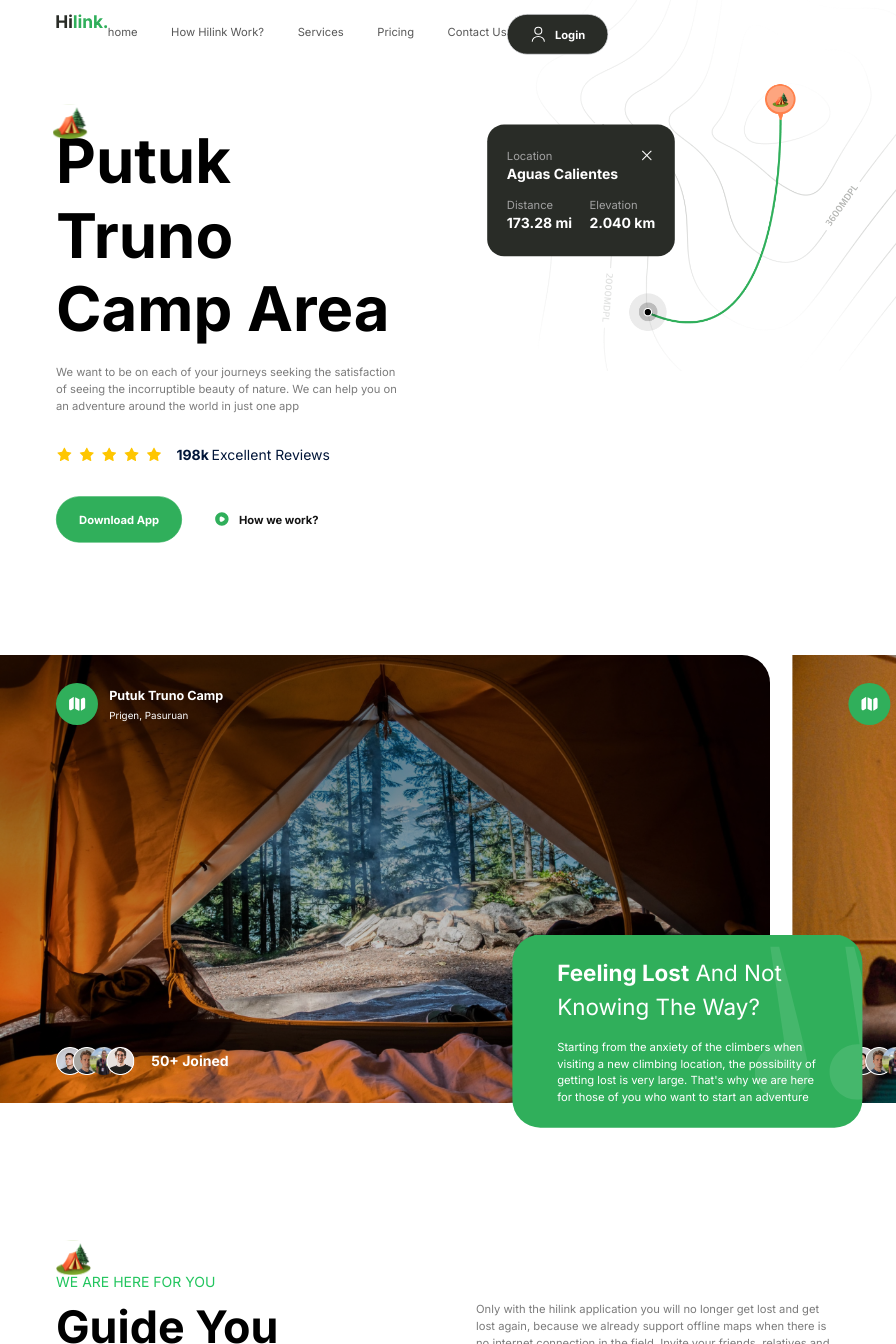
Repository: abdulrahmanmahmood/Travel-App
Page: /
The author's editor kept a copy of each file at every save. The page is drawn from the files as they stood at one save, then again after a run of saves.
The browser window is 1280 px wide. The pictures show the part of the page from y = 0 to 1920 px (the page is 4955 px tall before and 5005 px after), at 70% of full size.
The project was rebuilt for these pictures with package versions that can differ from the ones it lists, and the page was loaded fresh each time. The framework's server and built-in components were replaced by stand-ins that run in the browser. Also part of the build but not shown: next.config.js.

Above is the page before, as saved 2023-11-10 11:27:04.

After the next 2 saves:
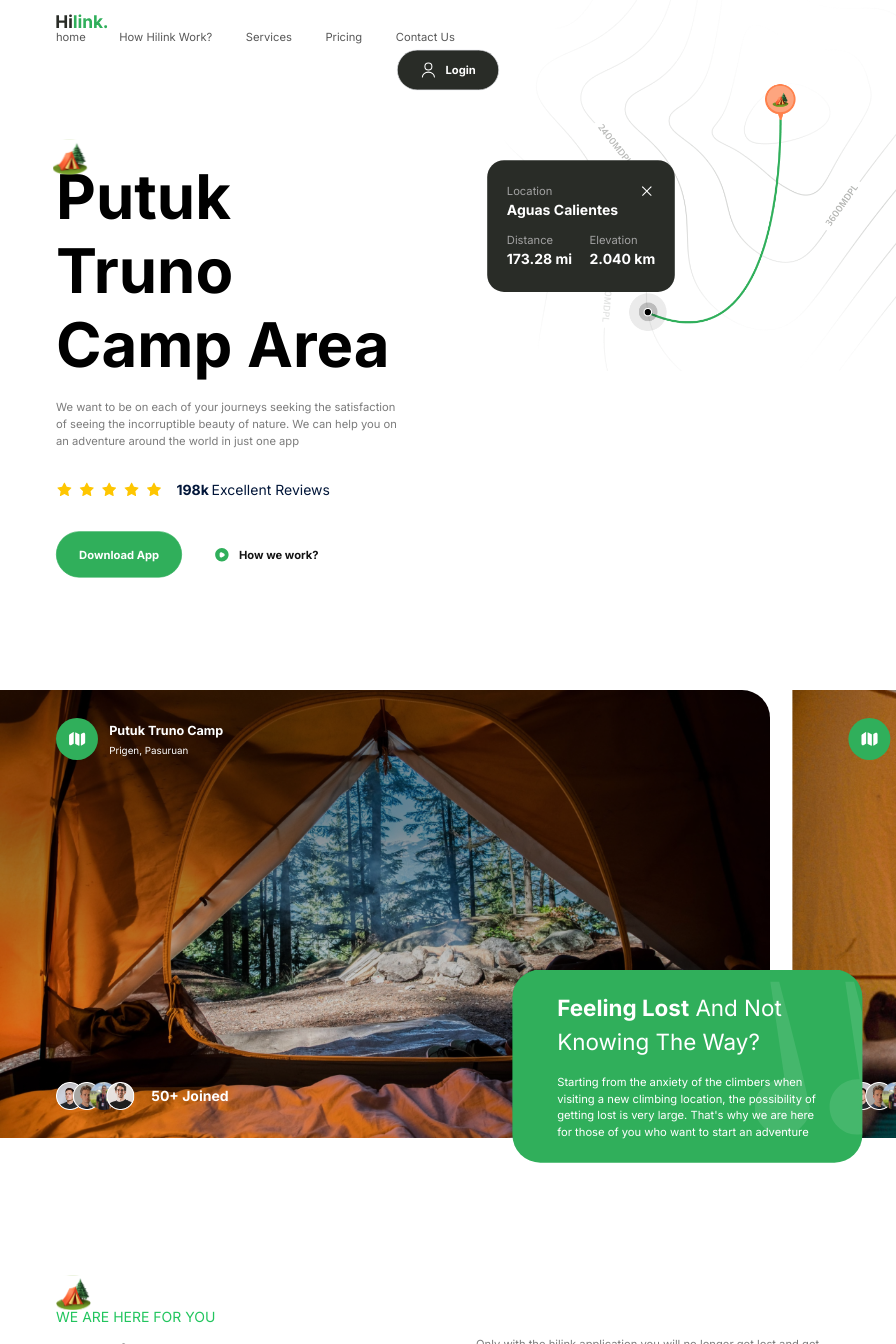
The 2 saves are shown as one change because they came seconds apart.
The last was saved 6 s later.
--- a/components/Navbar.tsx
+++ b/components/Navbar.tsx
@@ -6,7 +6,7 @@
 const Navbar = () => {
   return (
     <nav
-      className=" flex flex-row flex-wrap  max-container padding-container relative z-30
+      className="  flex-wrap  max-container padding-container relative z-30
     py-5"
     >
       <Link href="/">

After the 2 saves that followed:
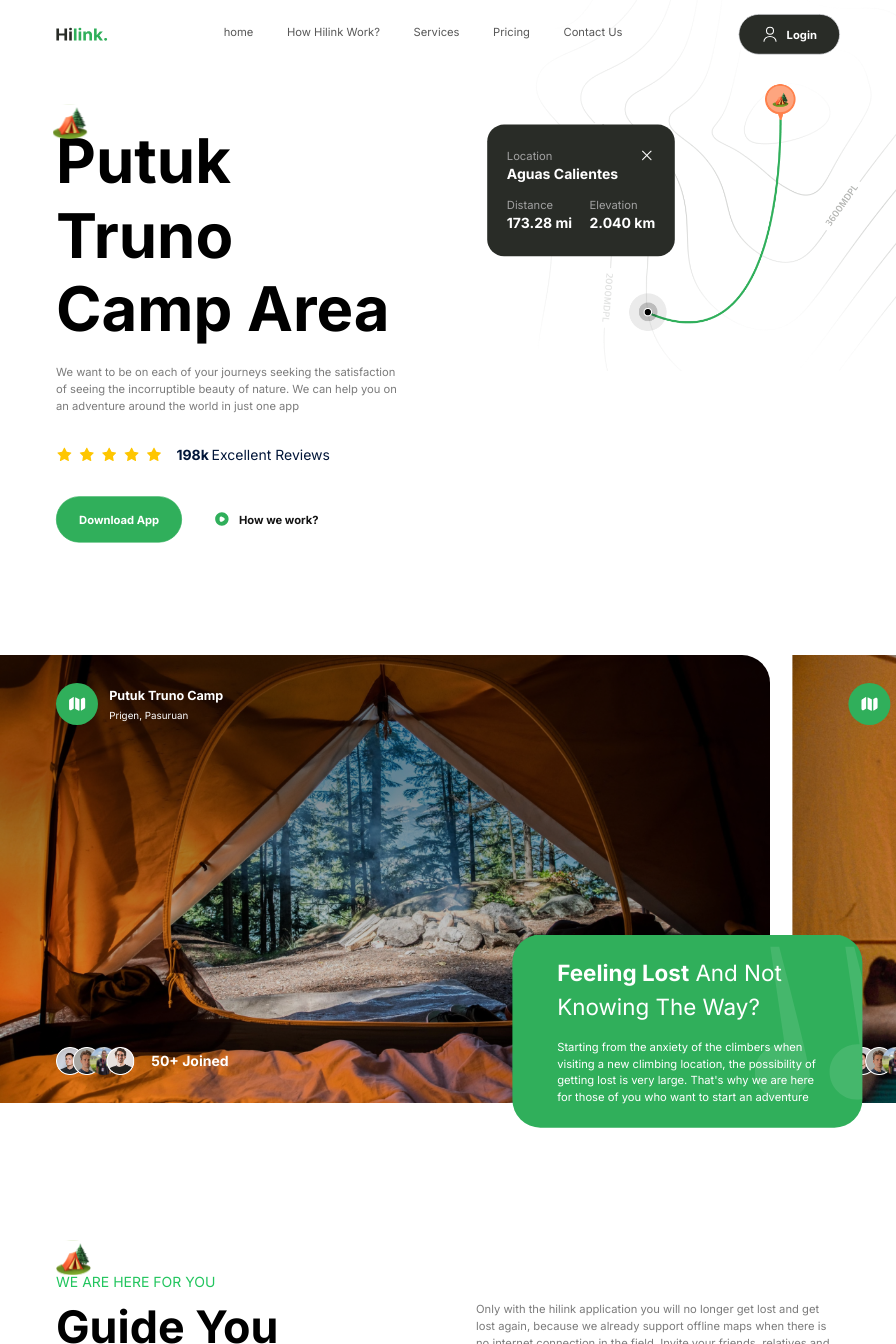
The 2 saves are shown as one change because 1 left the picture as it was.
The last was saved 13 s later.
--- a/components/Navbar.tsx
+++ b/components/Navbar.tsx
@@ -6,7 +6,7 @@
 const Navbar = () => {
   return (
     <nav
-      className="  flex-wrap  max-container padding-container relative z-30
+      className=" flexBetween max-container padding-container relative z-30
     py-5"
     >
       <Link href="/">
